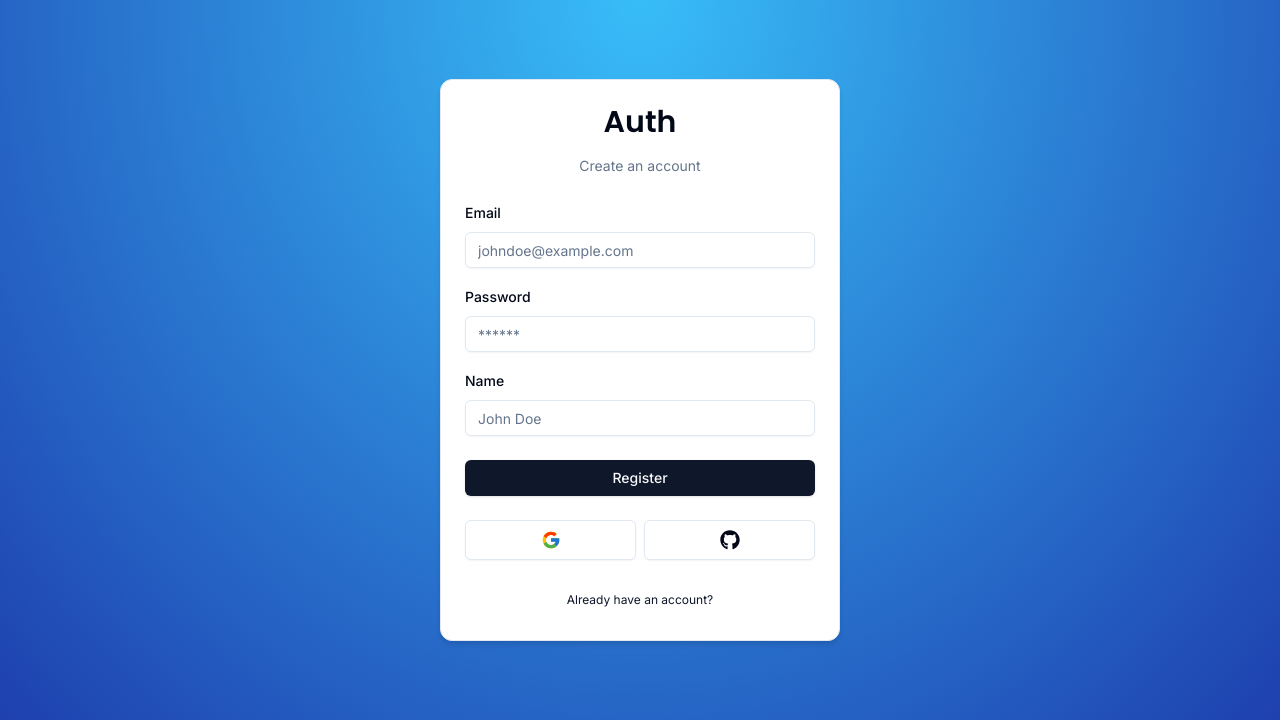
Repository: DevLaukey/next-auth-role-based
Page: /auth/register
The author's editor kept a copy of each file at every save. The page is drawn from the files as they stood at one save, then again after the next save.
The browser window is 1280 px wide. The pictures show the whole page.
The project was rebuilt for these pictures with package versions that can differ from the ones it lists, and the page was loaded fresh each time. The framework's server and built-in components were replaced by stand-ins that run in the browser. Also part of the build but not shown: next.config.js, components/form-error.tsx, components/form-success.tsx.

Above is the page before, as saved 2024-01-16 03:26:27.

### app/auth/layout.tsx
import React from "react";

function AuthLayout({ children }: { children: React.ReactNode }) {
  return (
    <div className="h-full flex items-center justify-center  bg-[radial-gradient(ellipse_at_top,_var(--tw-gradient-stops))] from-sky-400 to-blue-800">
      {children}
    </div>
  );
}

export default AuthLayout;

### app/auth/register/page.tsx

import { RegisterForm } from "@/components/auth/register-form"

function RegisterPage() {
  return (
   <RegisterForm/>
  )
}

export default RegisterPage

### components/auth/register-form.tsx
"use client";
import * as z from "zod";
import { useState, useTransition } from "react";
import { CardWrapper } from "./card-wrapper";
import { useForm } from "react-hook-form";
import { zodResolver } from "@hookform/resolvers/zod";
import { RegisterSchema } from "@/schemas";
import {
  Form,
  FormControl,
  FormField,
  FormItem,
  FormLabel,
  FormMessage,
} from "@/components/ui/form";
import { Input } from "../ui/input";
import { Button } from "../ui/button";
import { FormError } from "../form-error";
import { FormSucess } from "../form-success";
import { login } from "@/actions/login";

export const RegisterForm = () => {
  const [isPending, startTransition] = useTransition();

  const [error, setError] = useState<string | undefined>("");
  const [success, setSuccess] = useState<string | undefined>("");
  const form = useForm<z.infer<typeof RegisterSchema>>({
    resolver: zodResolver(RegisterSchema),
    defaultValues: {
      email: "",
      password: "",
      name: "",
    },
  });

  const onSubmit = (values: z.infer<typeof RegisterSchema>) => {
    setError("");
    setSuccess("");

    startTransition(() => {
      login(values).then((data) => {
        setError(data.error);
        setSuccess(data.success);
      });
    });
  };

  return (
    <CardWrapper
      headerLabel="Create an account"
      backButtonLabel="Already have an account?"
      backButtonHref="/auth/login"
      showSocial
    >
      <Form {...form}>
        <form onSubmit={form.handleSubmit(onSubmit)} className="space-y-6">
          <div className="space-y-4">
            <FormField
              control={form.control}
              name="email"
              render={({ field }) => (
                <FormItem>
                  <FormLabel>Email</FormLabel>
                  <FormControl />
                  <Input
                    {...field}
                    placeholder="johndoe@example.com"
                    type="email"
                    disabled={isPending}
                  />
                  <FormMessage {...field} />
                </FormItem>
              )}
            />
            <FormField
              control={form.control}
              name="password"
              render={({ field }) => (
                <FormItem>
                  <FormLabel>Password</FormLabel>
                  <FormControl />
                  <Input
                    {...field}
                    placeholder="******"
                    type="password"
                    disabled={isPending}
                  />
                  <FormMessage {...field} />
                </FormItem>
              )}
            />
            <FormField
              control={form.control}
              name="name"
              render={({ field }) => (
                <FormItem>
                  <FormLabel>Name</FormLabel>
                  <FormControl />
                  <Input
                    {...field}
                    placeholder="John Doe"
                    disabled={isPending}
                  />
                  <FormMessage {...field} />
                </FormItem>
              )}
            />
          </div>
          <FormSucess message={success} />
          <FormError message={error} />
          <Button type="submit" className="w-full" disabled={isPending}>
          Register
          </Button>
        </form>
      </Form>
    </CardWrapper>
  );
};

### components/auth/card-wrapper.tsx
"use client";

import { Card, CardContent, CardFooter, CardHeader } from "../ui/card";
import { BackButton } from "./back-button";
import { Header } from "./header";
import { Socials } from "./socials";

interface CardWrapperProps {
  children: React.ReactNode;
  headerLabel: string;
  backButtonLabel: string;
  backButtonHref: string;
  showSocial: boolean;
}

export const CardWrapper = ({
  children,
  headerLabel,
  backButtonLabel,
  backButtonHref,
  showSocial,
}: CardWrapperProps) => {
  return (
    <Card className="w-[400px] shadow-md">
      <CardHeader>
        <Header label={headerLabel} />
      </CardHeader>
          <CardContent>{children}</CardContent>
          {
              showSocial && (<CardFooter>
                  <Socials />
              </CardFooter>)
          }
          <CardFooter>
              <BackButton label={backButtonLabel}
                  href={ backButtonHref} />

          </CardFooter>
    </Card>
  );
};

### schemas/index.ts
import * as z from "zod"

export const LoginSchema = z.object({
    email: z.string().email({
        message: "Email is required"
    }),
    password: z.string().min(1, {
        message: "Password is required"
    }),
});


export const RegisterSchema = z.object({
  email: z.string().email({
    message: "Email is required",
  }),
  password: z.string().min(6, {
    message: "Minumum 6 characters required",
  }),
  name: z.string().min(1, {
    message: "Name is required",
  }),
});

### components/ui/form.tsx
import * as React from "react"
import * as LabelPrimitive from "@radix-ui/react-label"
import { Slot } from "@radix-ui/react-slot"
import {
  Controller,
  ControllerProps,
  FieldPath,
  FieldValues,
  FormProvider,
  useFormContext,
} from "react-hook-form"

import { cn } from "@/lib/utils"
import { Label } from "@/components/ui/label"

const Form = FormProvider

type FormFieldContextValue<
  TFieldValues extends FieldValues = FieldValues,
  TName extends FieldPath<TFieldValues> = FieldPath<TFieldValues>
> = {
  name: TName
}

const FormFieldContext = React.createContext<FormFieldContextValue>(
  {} as FormFieldContextValue
)

const FormField = <
  TFieldValues extends FieldValues = FieldValues,
  TName extends FieldPath<TFieldValues> = FieldPath<TFieldValues>
>({
  ...props
}: ControllerProps<TFieldValues, TName>) => {
  return (
    <FormFieldContext.Provider value={{ name: props.name }}>
      <Controller {...props} />
    </FormFieldContext.Provider>
  )
}

const useFormField = () => {
  const fieldContext = React.useContext(FormFieldContext)
  const itemContext = React.useContext(FormItemContext)
  const { getFieldState, formState } = useFormContext()

  const fieldState = getFieldState(fieldContext.name, formState)

  if (!fieldContext) {
    throw new Error("useFormField should be used within <FormField>")
  }

  const { id } = itemContext

  return {
    id,
    name: fieldContext.name,
    formItemId: `${id}-form-item`,
    formDescriptionId: `${id}-form-item-description`,
    formMessageId: `${id}-form-item-message`,
    ...fieldState,
  }
}

type FormItemContextValue = {
  id: string
}

const FormItemContext = React.createContext<FormItemContextValue>(
  {} as FormItemContextValue
)

const FormItem = React.forwardRef<
  HTMLDivElement,
  React.HTMLAttributes<HTMLDivElement>
>(({ className, ...props }, ref) => {
  const id = React.useId()

  return (
    <FormItemContext.Provider value={{ id }}>
      <div ref={ref} className={cn("space-y-2", className)} {...props} />
    </FormItemContext.Provider>
  )
})
FormItem.displayName = "FormItem"

const FormLabel = React.forwardRef<
  React.ElementRef<typeof LabelPrimitive.Root>,
  React.ComponentPropsWithoutRef<typeof LabelPrimitive.Root>
>(({ className, ...props }, ref) => {
  const { error, formItemId } = useFormField()

  return (
    <Label
      ref={ref}
      className={cn(error && "text-destructive", className)}
      htmlFor={formItemId}
      {...props}
    />
  )
})
FormLabel.displayName = "FormLabel"

const FormControl = React.forwardRef<
  React.ElementRef<typeof Slot>,
  React.ComponentPropsWithoutRef<typeof Slot>
>(({ ...props }, ref) => {
  const { error, formItemId, formDescriptionId, formMessageId } = useFormField()

  return (
    <Slot
      ref={ref}
      id={formItemId}
      aria-describedby={
        !error
          ? `${formDescriptionId}`
          : `${formDescriptionId} ${formMessageId}`
      }
      aria-invalid={!!error}
      {...props}
    />
  )
})
FormControl.displayName = "FormControl"

const FormDescription = React.forwardRef<
  HTMLParagraphElement,
  React.HTMLAttributes<HTMLParagraphElement>
>(({ className, ...props }, ref) => {
  const { formDescriptionId } = useFormField()

  return (
    <p
      ref={ref}
      id={formDescriptionId}
      className={cn("text-[0.8rem] text-muted-foreground", className)}
      {...props}
    />
  )
})
FormDescription.displayName = "FormDescription"

const FormMessage = React.forwardRef<
  HTMLParagraphElement,
  React.HTMLAttributes<HTMLParagraphElement>
>(({ className, children, ...props }, ref) => {
  const { error, formMessageId } = useFormField()
  const body = error ? String(error?.message) : children

  if (!body) {
    return null
  }

  return (
    <p
      ref={ref}
      id={formMessageId}
      className={cn("text-[0.8rem] font-medium text-destructive", className)}
      {...props}
    >
      {body}
    </p>
  )
})
FormMessage.displayName = "FormMessage"

export {
  useFormField,
  Form,
  FormItem,
  FormLabel,
  FormControl,
  FormDescription,
  FormMessage,
  FormField,
}

### components/ui/input.tsx
import * as React from "react"

import { cn } from "@/lib/utils"

export interface InputProps
  extends React.InputHTMLAttributes<HTMLInputElement> {}

const Input = React.forwardRef<HTMLInputElement, InputProps>(
  ({ className, type, ...props }, ref) => {
    return (
      <input
        type={type}
        className={cn(
          "flex h-9 w-full rounded-md border border-input bg-transparent px-3 py-1 text-sm shadow-sm transition-colors file:border-0 file:bg-transparent file:text-sm file:font-medium placeholder:text-muted-foreground focus-visible:outline-none focus-visible:ring-1 focus-visible:ring-ring disabled:cursor-not-allowed disabled:opacity-50",
          className
        )}
        ref={ref}
        {...props}
      />
    )
  }
)
Input.displayName = "Input"

export { Input }

### components/ui/button.tsx
import * as React from "react"
import { Slot } from "@radix-ui/react-slot"
import { cva, type VariantProps } from "class-variance-authority"

import { cn } from "@/lib/utils"

const buttonVariants = cva(
  "inline-flex items-center justify-center whitespace-nowrap rounded-md text-sm font-medium transition-colors focus-visible:outline-none focus-visible:ring-1 focus-visible:ring-ring disabled:pointer-events-none disabled:opacity-50",
  {
    variants: {
      variant: {
        default:
          "bg-primary text-primary-foreground shadow hover:bg-primary/90",
        destructive:
          "bg-destructive text-destructive-foreground shadow-sm hover:bg-destructive/90",
        outline:
          "border border-input bg-background shadow-sm hover:bg-accent hover:text-accent-foreground",
        secondary:
          "bg-secondary text-secondary-foreground shadow-sm hover:bg-secondary/80",
        ghost: "hover:bg-accent hover:text-accent-foreground",
        link: "text-primary underline-offset-4 hover:underline",
      },
      size: {
        default: "h-9 px-4 py-2",
        sm: "h-8 rounded-md px-3 text-xs",
        lg: "h-10 rounded-md px-8",
        icon: "h-9 w-9",
      },
    },
    defaultVariants: {
      variant: "default",
      size: "default",
    },
  }
)

export interface ButtonProps
  extends React.ButtonHTMLAttributes<HTMLButtonElement>,
    VariantProps<typeof buttonVariants> {
  asChild?: boolean
}

const Button = React.forwardRef<HTMLButtonElement, ButtonProps>(
  ({ className, variant, size, asChild = false, ...props }, ref) => {
    const Comp = asChild ? Slot : "button"
    return (
      <Comp
        className={cn(buttonVariants({ variant, size, className }))}
        ref={ref}
        {...props}
      />
    )
  }
)
Button.displayName = "Button"

export { Button, buttonVariants }

### actions/login.ts
"use server";

import * as z from "zod";
import { LoginSchema } from "@/schemas";
import { error } from "console";

export const login = async (values: z.infer<typeof LoginSchema>) => {
  const validatedFields = LoginSchema.safeParse(values);

  if (!validatedFields.success) {
    return { error: "Invalid fields!" };
  }

  return {
    success: "Email sent!",
  };
};

### components/ui/card.tsx
import * as React from "react"

import { cn } from "@/lib/utils"

const Card = React.forwardRef<
  HTMLDivElement,
  React.HTMLAttributes<HTMLDivElement>
>(({ className, ...props }, ref) => (
  <div
    ref={ref}
    className={cn(
      "rounded-xl border bg-card text-card-foreground shadow",
      className
    )}
    {...props}
  />
))
Card.displayName = "Card"

const CardHeader = React.forwardRef<
  HTMLDivElement,
  React.HTMLAttributes<HTMLDivElement>
>(({ className, ...props }, ref) => (
  <div
    ref={ref}
    className={cn("flex flex-col space-y-1.5 p-6", className)}
    {...props}
  />
))
CardHeader.displayName = "CardHeader"

const CardTitle = React.forwardRef<
  HTMLParagraphElement,
  React.HTMLAttributes<HTMLHeadingElement>
>(({ className, ...props }, ref) => (
  <h3
    ref={ref}
    className={cn("font-semibold leading-none tracking-tight", className)}
    {...props}
  />
))
CardTitle.displayName = "CardTitle"

const CardDescription = React.forwardRef<
  HTMLParagraphElement,
  React.HTMLAttributes<HTMLParagraphElement>
>(({ className, ...props }, ref) => (
  <p
    ref={ref}
    className={cn("text-sm text-muted-foreground", className)}
    {...props}
  />
))
CardDescription.displayName = "CardDescription"

const CardContent = React.forwardRef<
  HTMLDivElement,
  React.HTMLAttributes<HTMLDivElement>
>(({ className, ...props }, ref) => (
  <div ref={ref} className={cn("p-6 pt-0", className)} {...props} />
))
CardContent.displayName = "CardContent"

const CardFooter = React.forwardRef<
  HTMLDivElement,
  React.HTMLAttributes<HTMLDivElement>
>(({ className, ...props }, ref) => (
  <div
    ref={ref}
    className={cn("flex items-center p-6 pt-0", className)}
    {...props}
  />
))
CardFooter.displayName = "CardFooter"

export { Card, CardHeader, CardFooter, CardTitle, CardDescription, CardContent }

### components/auth/back-button.tsx
"use client";

import Link from "next/link";
import { Button } from "../ui/button";

interface BackButtonProps {
  label: string;
  href: string;
}
export const BackButton = ({ href, label }: BackButtonProps) => {
  return (
    <Button className="w-full font-normal" variant="link" size="sm" asChild>
      <Link href={href}>{label}</Link>
    </Button>
  );
};

### components/auth/header.tsx
import { Poppins } from "next/font/google";
import { cn } from "@/lib/utils";

const font = Poppins({
  subsets: ["latin"],
  weight: ["600"],
});

interface HeaderProps {
  label: string;
}

export const Header = ({ label }: HeaderProps) => {
  return (
    <div className="w-full flex flex-col gap-y-4 items-center justify-center">
      <h1 className={cn("text-3xl font-semibold", font.className)}>Auth</h1>
      <p className="text-muted-foreground text-sm">{label}</p>
    </div>
  );
};

### components/auth/socials.tsx
"use client";

import { FcGoogle } from "react-icons/fc";
import {FaGithub } from "react-icons/fa";
import { Button } from "../ui/button";

export const Socials = () => {
  return (
    <div className="flex items-center w-full gap-x-2">
      <Button className="w-full" variant="outline" size="lg">
        <FcGoogle className=" h-5 w-5" />
      </Button>
      <Button className="w-full" variant="outline" size="lg">
        <FaGithub className=" h-5 w-5" />
      </Button>
    </div>
  );
};

### components/ui/label.tsx
"use client"

import * as React from "react"
import * as LabelPrimitive from "@radix-ui/react-label"
import { cva, type VariantProps } from "class-variance-authority"

import { cn } from "@/lib/utils"

const labelVariants = cva(
  "text-sm font-medium leading-none peer-disabled:cursor-not-allowed peer-disabled:opacity-70"
)

const Label = React.forwardRef<
  React.ElementRef<typeof LabelPrimitive.Root>,
  React.ComponentPropsWithoutRef<typeof LabelPrimitive.Root> &
    VariantProps<typeof labelVariants>
>(({ className, ...props }, ref) => (
  <LabelPrimitive.Root
    ref={ref}
    className={cn(labelVariants(), className)}
    {...props}
  />
))
Label.displayName = LabelPrimitive.Root.displayName

export { Label }

Loaded but not shown: app/layout.tsx (common file); app/globals.css (common file); lib/utils.ts (common file); tailwind.config.ts (common file)

After the next save:
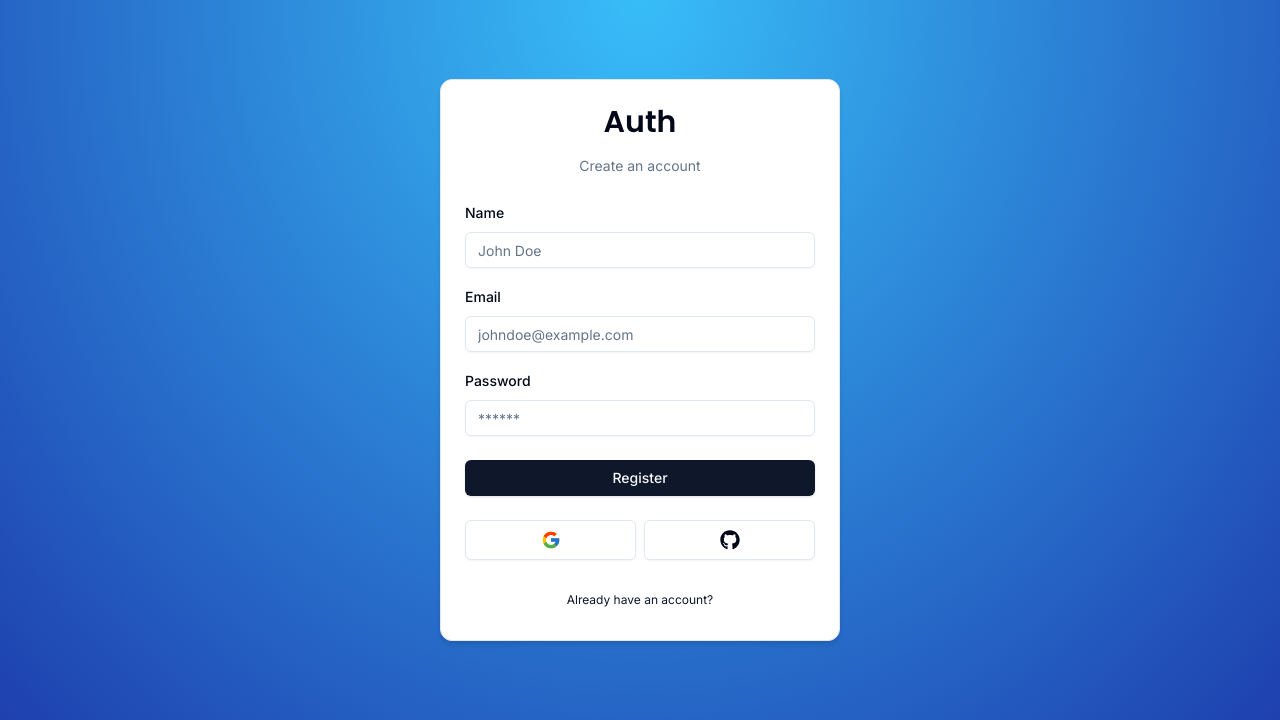
Saved 17 s later.
--- a/components/auth/register-form.tsx
+++ b/components/auth/register-form.tsx
@@ -57,6 +57,22 @@ export const RegisterForm = () => {
           <div className="space-y-4">
             <FormField
               control={form.control}
+              name="name"
+              render={({ field }) => (
+                <FormItem>
+                  <FormLabel>Name</FormLabel>
+                  <FormControl />
+                  <Input
+                    {...field}
+                    placeholder="John Doe"
+                    disabled={isPending}
+                  />
+                  <FormMessage {...field} />
+                </FormItem>
+              )}
+            />
+            <FormField
+              control={form.control}
               name="email"
               render={({ field }) => (
                 <FormItem>
@@ -89,27 +105,11 @@ export const RegisterForm = () => {
                 </FormItem>
               )}
             />
-            <FormField
-              control={form.control}
-              name="name"
-              render={({ field }) => (
-                <FormItem>
-                  <FormLabel>Name</FormLabel>
-                  <FormControl />
-                  <Input
-                    {...field}
-                    placeholder="John Doe"
-                    disabled={isPending}
-                  />
-                  <FormMessage {...field} />
-                </FormItem>
-              )}
-            />
           </div>
           <FormSucess message={success} />
           <FormError message={error} />
           <Button type="submit" className="w-full" disabled={isPending}>
-          Register
+            Register
           </Button>
         </form>
       </Form>
